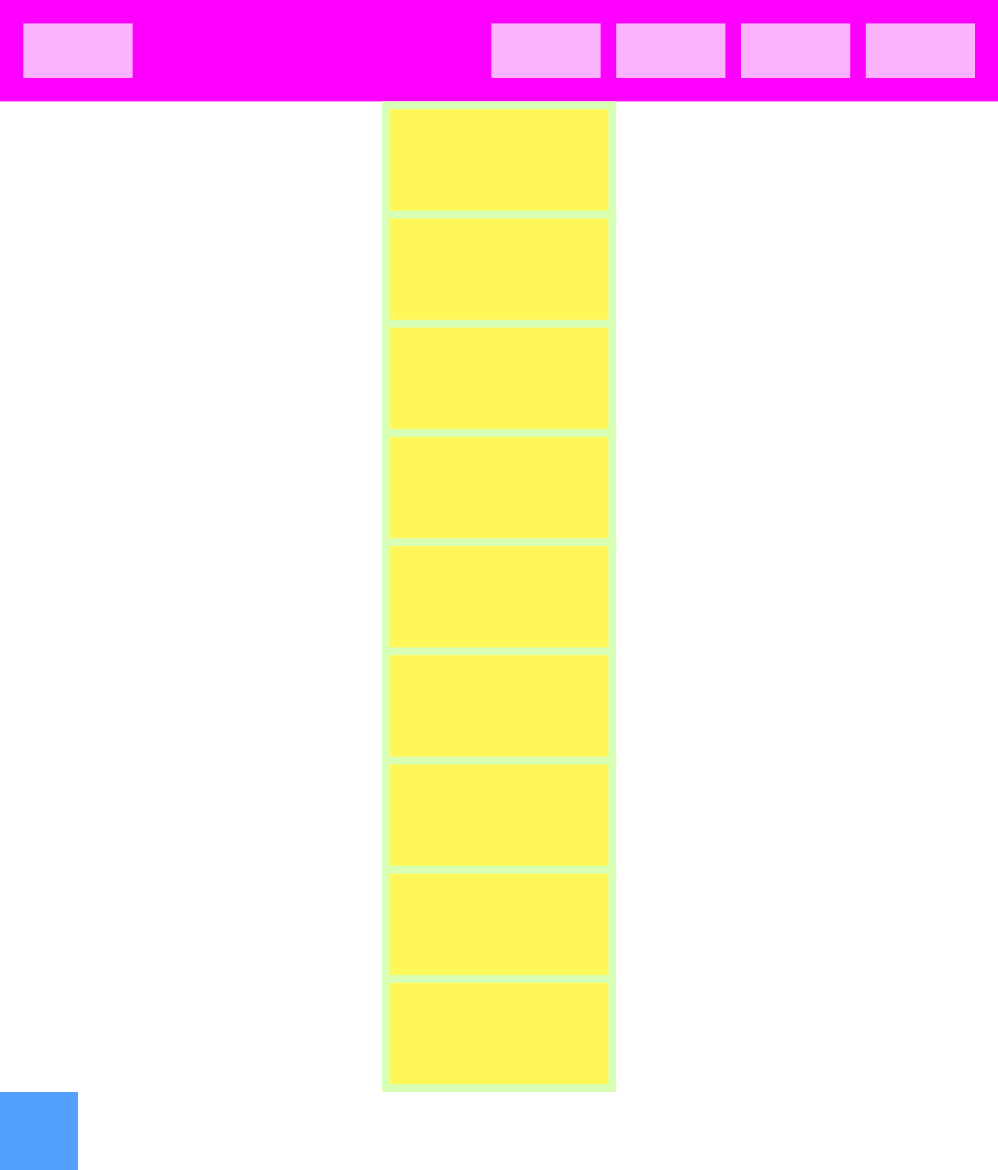
Repository: CarAll02/git-practice
Page: flexbox_exercise/index.html
The author's editor kept a record of every edit. The page is drawn from the files as they stood at one moment, then again after the next edit.
The browser window is 1280 px wide. The pictures show the whole page, at 78% of full size.

Above is the page before.

After the next edit:
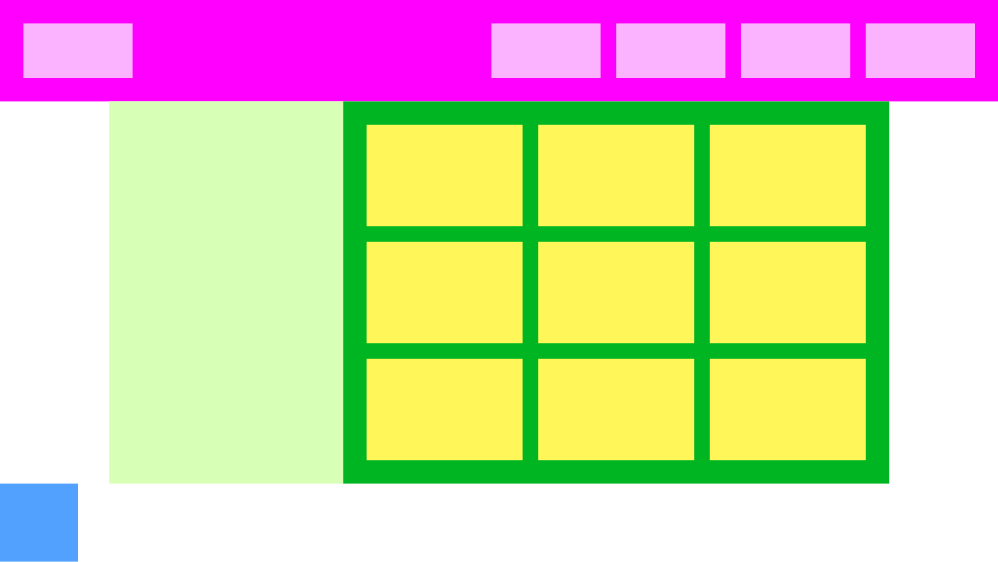
The edit:
--- a/flexbox_exercise/index.html
+++ b/flexbox_exercise/index.html
@@ -15,6 +15,7 @@
     <div class="header-item"></div>
   </header>
   <main>
+    <div class="main-item1"></div>
     <div class="main-item1">
       <div class="main-item2"></div>
       <div class="main-item2"></div>
